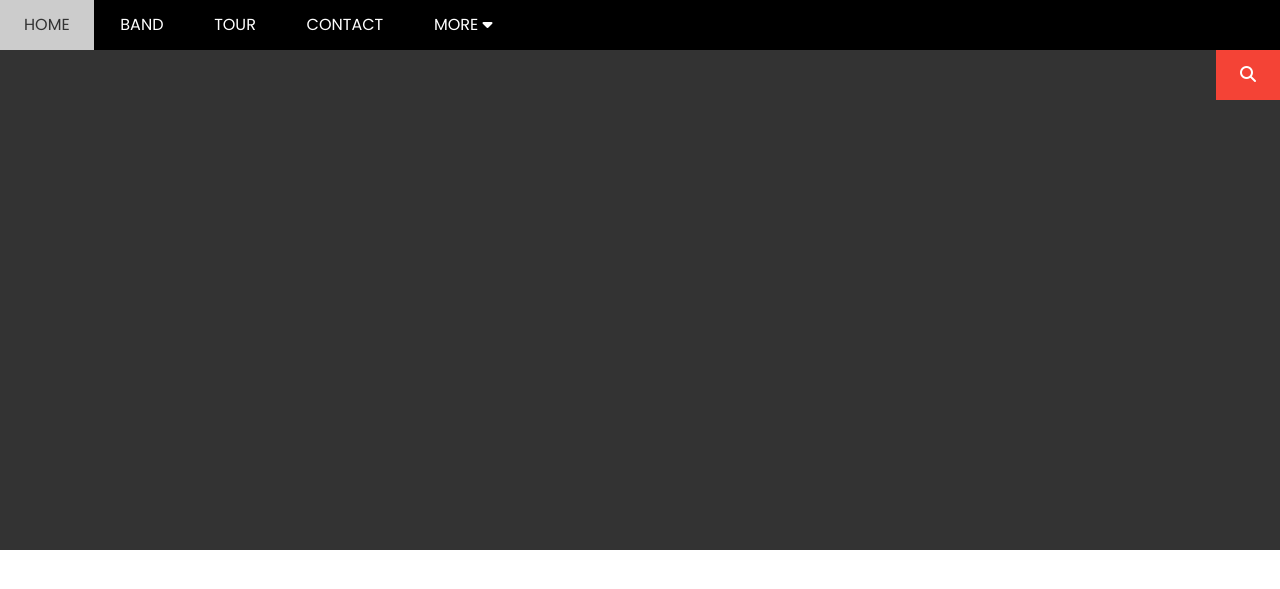
Repository: dptuyen1/the-band
Page: index.html
These files come from the project's save history. The page is drawn as it stood at one moment and after the next save; the edit follows.
The browser window is 1280 px wide. The pictures show the whole page.

Above is the page before, as saved 2023-06-02 13:09:27.

After the next save:
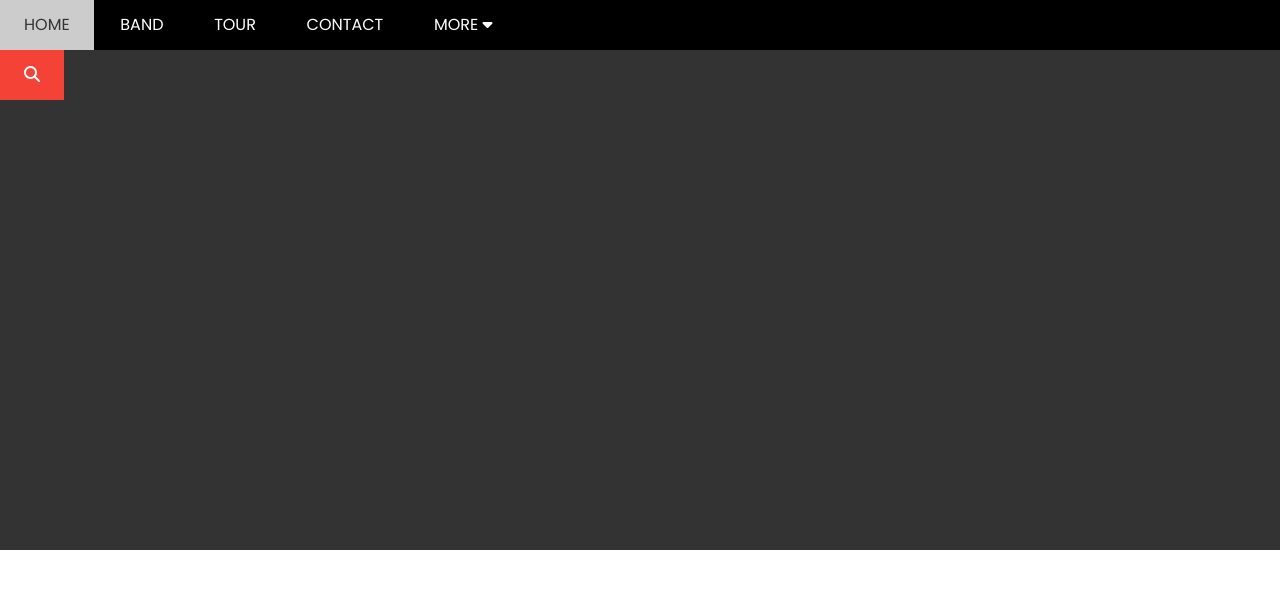
Saved 9 s later.
--- a/assets/css/style.css
+++ b/assets/css/style.css
@@ -86,6 +86,7 @@
   color: var(--white);
   padding: 0 24px;
   background-color: #f44336;
+  position: absolute;
 }
 
 #slider {

After the 2 saves that followed:
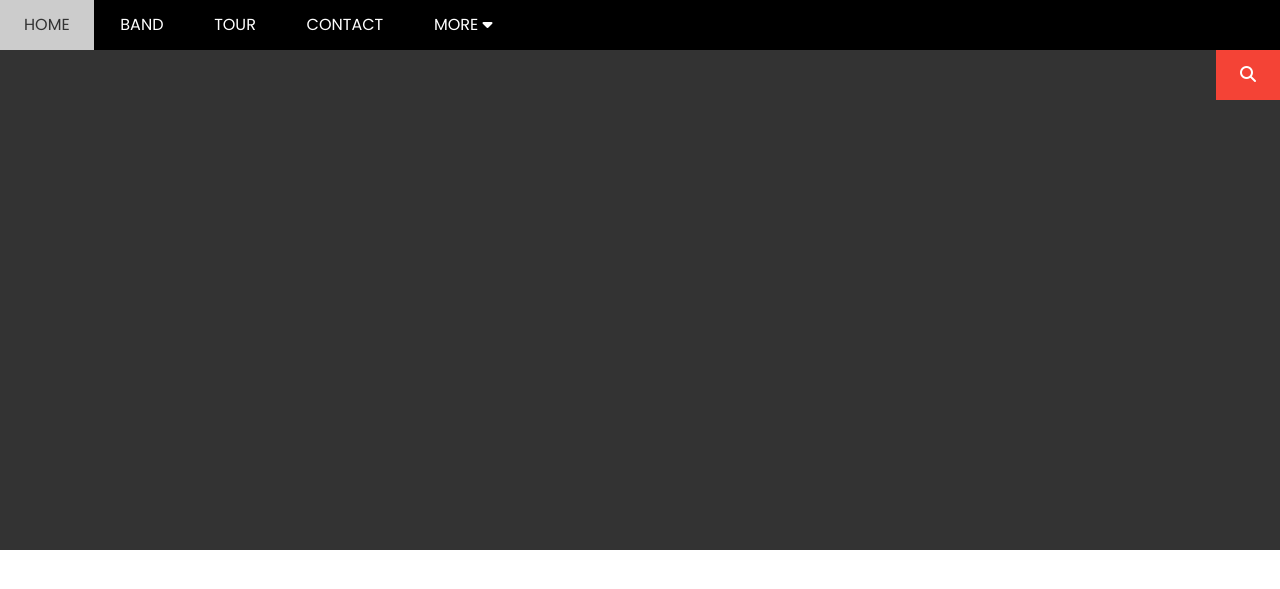
The 2 saves are shown as one change because 1 left the picture as it was.
The last was saved 9 s later.
--- a/assets/css/style.css
+++ b/assets/css/style.css
@@ -87,6 +87,7 @@
   padding: 0 24px;
   background-color: #f44336;
   position: absolute;
+  right: 0;
 }
 
 #slider {
